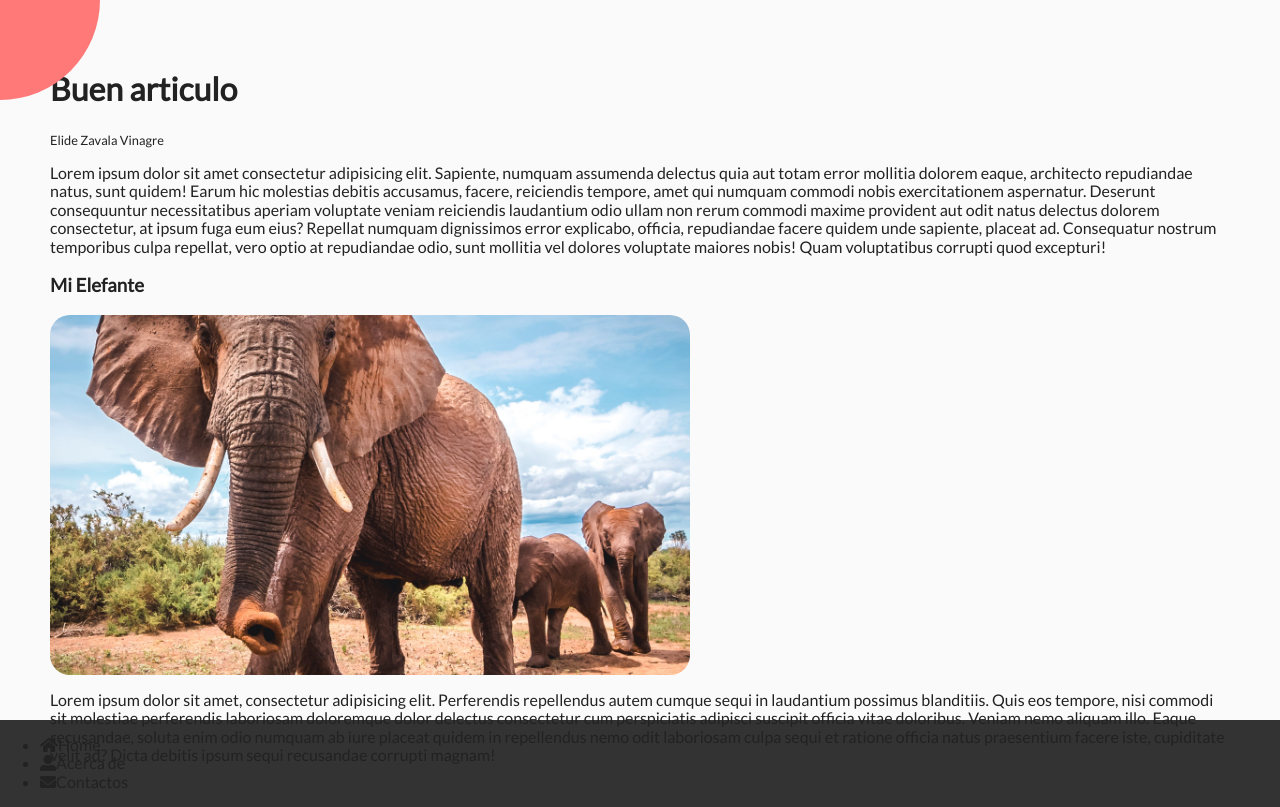
Repository: ElideZavala/Navagacion-en-rotacion
Page: index.html
These files come from the project's save history. The page is drawn as it stood at one moment and after the next save; the edit follows.
The browser window is 1280 px wide. The pictures show the whole page.

Above is the page before, as saved 2021-05-29 09:06:38.

### index.html
<!DOCTYPE html>
<html lang="en">
<head>
	<meta charset="UTF-8">
	<meta http-equiv="X-UA-Compatible" content="IE=edge">
	<meta name="viewport" content="width=device-width, initial-scale=1.0">
	<link rel="stylesheet" href="https://cdnjs.cloudflare.com/ajax/libs/font-awesome/5.15.3/css/all.min.css" integrity="sha512-iBBXm8fW90+nuLcSKlbmrPcLa0OT92xO1BIsZ+ywDWZCvqsWgccV3gFoRBv0z+8dLJgyAHIhR35VZc2oM/gI1w==" crossorigin="anonymous" referrerpolicy="no-referrer" />
	<link rel="stylesheet" href="style.css">
	<link rel="stylesheet" href="normalize.css">
	<title>Navegación Giratoria</title>
</head>
<body>
	<div class="container">
		<div class="circle-container">
			<div class="circle">
				<button id="close">
					<i class="fas fa-times"></i>
				</button>
				<button id="open">
					<i class="fas fa-bars"></i>
				</button>
			</div>
		</div>

		<div class="content">
			<h1 class="title">Buen articulo</h1>
			<small>Elide Zavala Vinagre</small>
			<p>Lorem ipsum dolor sit amet consectetur adipisicing elit. Sapiente, numquam assumenda delectus quia aut totam error mollitia dolorem eaque, architecto repudiandae natus, sunt quidem! Earum hic molestias debitis accusamus, facere, reiciendis tempore, amet qui numquam commodi nobis exercitationem aspernatur. Deserunt consequuntur necessitatibus aperiam voluptate veniam reiciendis laudantium odio ullam non rerum commodi maxime provident aut odit natus delectus dolorem consectetur, at ipsum fuga eum eius? Repellat numquam dignissimos error explicabo, officia, repudiandae facere quidem unde sapiente, placeat ad. Consequatur nostrum temporibus culpa repellat, vero optio at repudiandae odio, sunt mollitia vel dolores voluptate maiores nobis! Quam voluptatibus corrupti quod excepturi!</p>

			<h3 class="title">Mi Elefante</h3>
			<img class="img" src="./Elefante.jpg" alt="Elefante">
			<p>Lorem ipsum dolor sit amet, consectetur adipisicing elit. Perferendis repellendus autem cumque sequi in laudantium possimus blanditiis. Quis eos tempore, nisi commodi sit molestiae perferendis laboriosam doloremque dolor delectus consectetur cum perspiciatis adipisci suscipit officia vitae doloribus. Veniam nemo aliquam illo. Eaque recusandae, soluta enim odio numquam ab iure placeat quidem in repellendus nemo odit laboriosam culpa sequi et ratione officia natus praesentium facere iste, cupiditate velit ad? Dicta debitis ipsum sequi recusandae corrupti magnam!</p>
		</div>
	</div>

	<nav>
		<ul>
			<li><i class="fas fa-home"></i>Home</li>
			<li><i class="fas fa-user-alt"></i>Acerca de</li>
			<li><i class="fas fa-envelope"></i>Contactos</li>
		</ul>
	</nav>



	<script src="./script.js"></script>
</body>
</html>

### style.css
@import url('https://fonts.googleapis.com/css?family=Lato&display=swap');

* {
	box-sizing: border-box;
}

body {
	font-family: 'Lato', sans-serif;
	background-color: #333;
	color: #222;
	overflow: hidden;
	margin: 0;
}

.container {
	background-color: #fafafa;
	transform-origin: top left;
	transition: transform 0.5s linear;
	width: 100vw;
	height: 100vh;
	padding: 50px;
}

.container.show-nav {
	transform: rotate(-20deg);
}

.img{
	width: 50vw;
	height: 50vh;
	display: flex;
	border-radius: 20px;
	object-fit: cover;
}

.circle-container {
	position: fixed;
	top: -100px;
	left: -100px;
}

.circle {
	background-color: #ff7979;
	height: 200px;
	width: 200px;
	border-radius: 50%;
}

Loaded but not shown: normalize.css (library); script.js (no stored copy; drawn as an empty file)

After the next save:
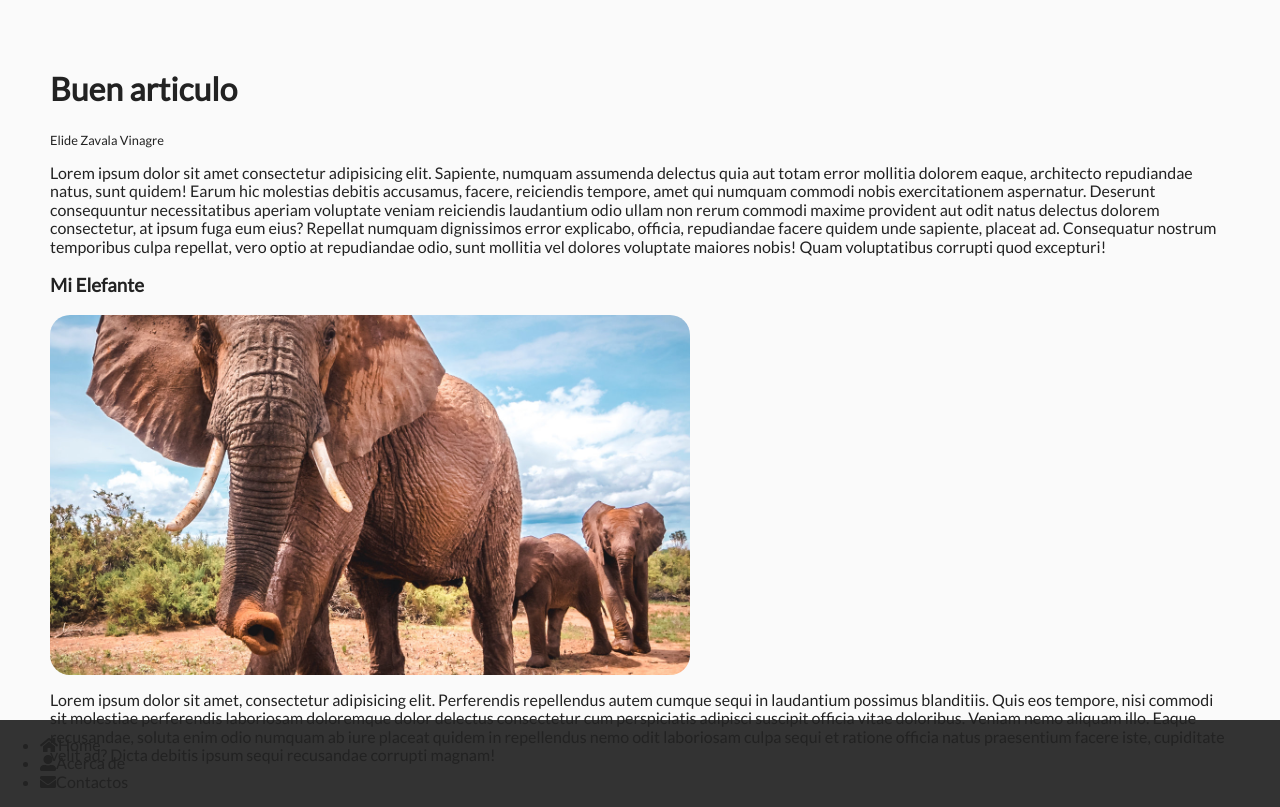
Saved 106 s later.
--- a/style.css
+++ b/style.css
@@ -40,7 +40,7 @@ body {
 }
 
 .circle {
-	background-color: #ff7979;
+	/* background-color: #ff7979; */
 	height: 200px;
 	width: 200px;
 	border-radius: 50%;
